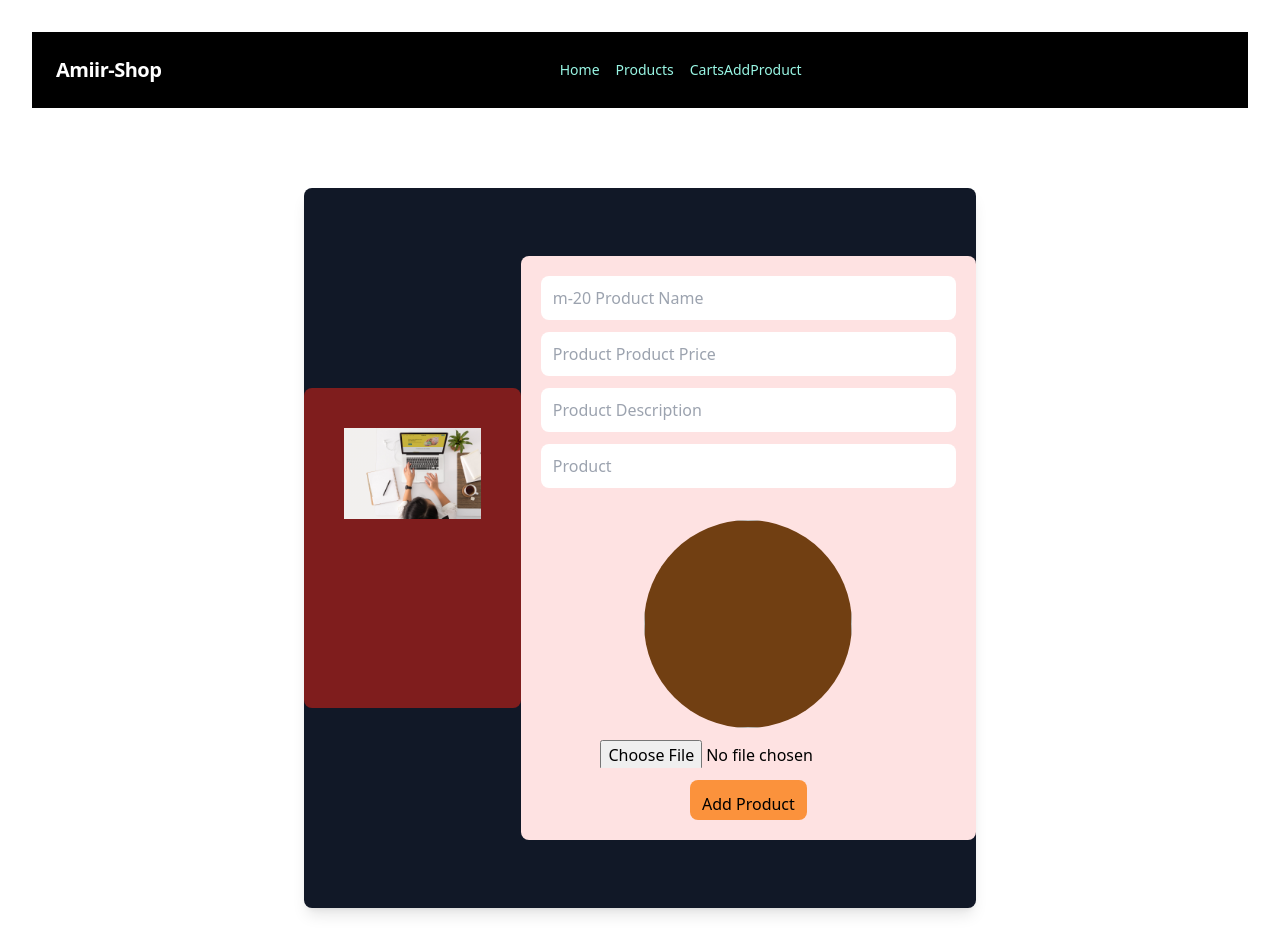
Repository: ENG-AMIIR-MUSE/ECommerce-app-using-react
Page: /addProducts
An editor plug-in stored every save of this project. The page is shown before and after a run of saves, followed by the edit.
The browser window is 1280 px wide. The pictures show the whole page.
The page's requests for data from a server got no answer. The project was rebuilt for these pictures with package versions that can differ from the ones it lists, and the page was loaded fresh each time. No one was signed in, and anything a server would have sent is missing. Also part of the build but not shown: vite.config.js, src/Components/productList.js, src/Components/productCard.js.

Above is the page before, as saved 2023-06-24 20:34:31.

After the next 2 saves:
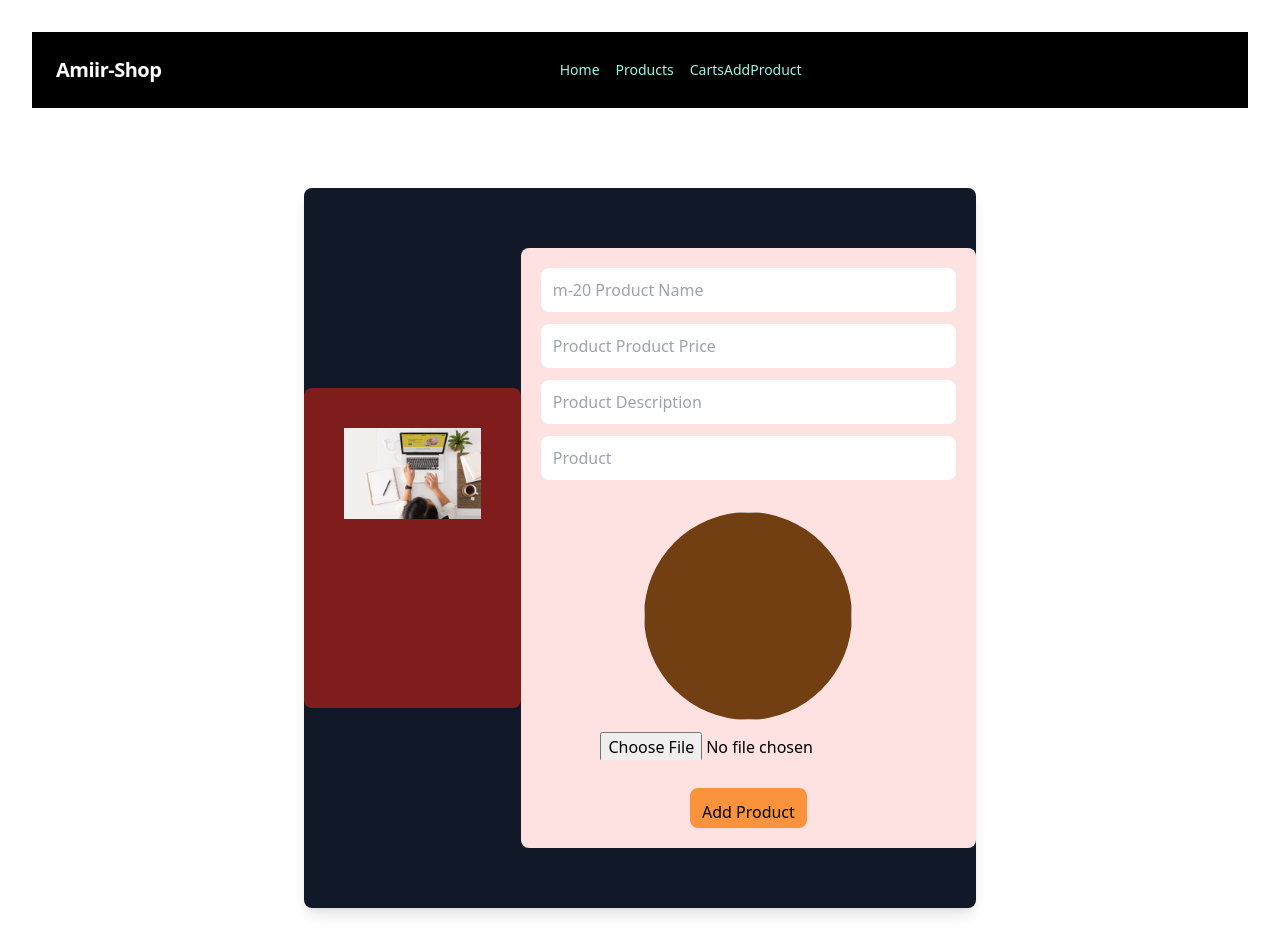
The 2 saves are shown as one change because they came seconds apart.
The last was saved 2 min 57 s later.
--- a/src/Components/AddProduct.jsx
+++ b/src/Components/AddProduct.jsx
@@ -19,7 +19,7 @@ const  AddProduct = ()=>{
            <input type="text" placeholder="Product"className="w-full rounded-lg h-11 pl-3 "/>
            <div className="flex felx-row  flex-wrap items-center justify-center space-x-4">
              <img src={image&&URL.createObjectURL(image)} alt={image} className="rounded-full w-52 h-52 mt-5  max-w-md  object-cover object-center bg-yellow-900" />
-             <input type="file" className = "rounded-lg p-3 h-10 " onChange={(event)=>{
+             <input type="file" className = "rounded-lg p-3 h-10 mb-4 " onChange={(event)=>{
 
               setImage(event.target.files[0])
              }}/>
